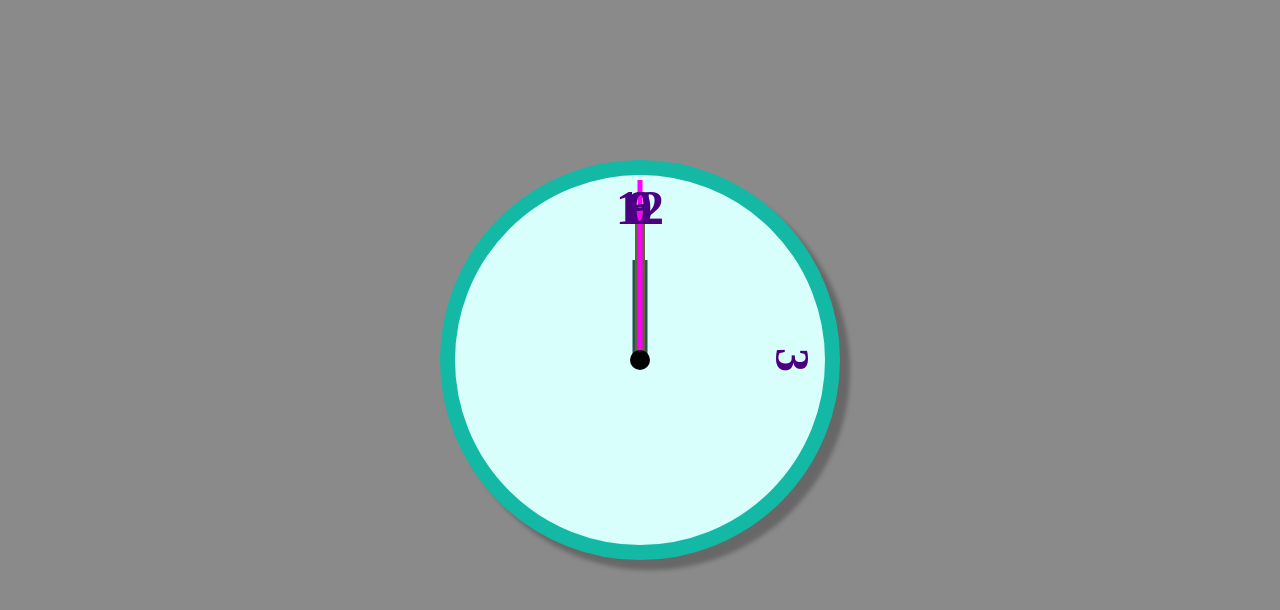
Repository: ChenWarren/web-clock
Page: index.html
An editor plug-in stored every save of this project. The page is shown before and after the next save, followed by the edit.
The browser window is 1280 px wide. The pictures show the whole page.

Above is the page before, as saved 2021-03-18 21:21:59.

### index.html
<!DOCTYPE html>
<html lang="en">
<head>
    <meta charset="UTF-8">
    <meta http-equiv="X-UA-Compatible" content="IE=edge">
    <meta name="viewport" content="width=device-width, initial-scale=1.0">
    <link rel="stylesheet" href="main.css">
    <title>Clock</title>
</head>
<body>
    <main class="clock">
        <div class="hour"></div>
        <div class="minute"></div>
        <div class="second"></div>
        <div class="center_dot"></div>

        <div class="number num_1">
            <h2>12</h2>
        </div>
        <div class="number num_3">
            <h2>3</h2>
        </div>
        <div class="number num_6">
            <h2>6</h2>
        </div>
        <div class="number num_9">
            <h2>9</h2>
        </div>

        <div class="dot"></div>
        <div class="dot"></div>
        <div class="dot"></div>
        <div class="dot"></div>
        <div class="dot"></div>
        <div class="dot"></div>
        <div class="dot"></div>
        <div class="dot"></div>
    </main>

    <script src="clock.js"></script>

</body>
</html>

### main.css
* {
    margin: 0;
    padding: 0;
    box-sizing: border-box;
}

body {
    background-color: rgb(138, 138, 138);
    display: flex;
    justify-content: center;
    align-items: center;
    width: 100vw;
    height: 100vh;
    overflow: hidden;
}

.clock {
    width: 400px;
    height: 400px;
    border-radius: 50%;
    background: #d8fffb;
    border: 15px solid #14B9A5;
    box-sizing: border-box;
    box-shadow: 10px 10px 4px rgba(0, 0, 0, 0.25);
    position: relative;
}

.hour {
    width: 15px;
    height: 100px;
    background-color:  darkslategray;
    position: absolute;
    left: 50%;
    bottom: 50%;
    transform: translate(-50%);
}

.minute {
    width: 10px;
    height: 150px;
    background-color:darkolivegreen;
    position: absolute;
    left: 50%;
    bottom: 50%;
    transform: translate(-50%);
}

.second {
    width: 5px;
    height: 180px;
    background-color: fuchsia;
    position: absolute;
    left: 50%;
    bottom: 50%;
    transform: translate(-50%);
}

.center_dot {
    background-color: #000;
    width: 20px;
    height: 20px;
    border-radius: 50%;
    position: absolute;
    left: 50%;
    bottom: 50%;
    transform: translate(-50%, 50%);
}

.number {
    display: flex;
    height: 370px;
    width: 370px;
    padding-top: 5px;
    justify-content: center;
    color: indigo;
    position: absolute;
    font-size: 2rem;
}

.num_3 {
    transform: rotate(90deg);
}

/* .num_3 h2 {
    transform: rotate(-90deg);
} */

Loaded but not shown: clock.js (no copy from this time; the picture is the same without it)

After the next save:
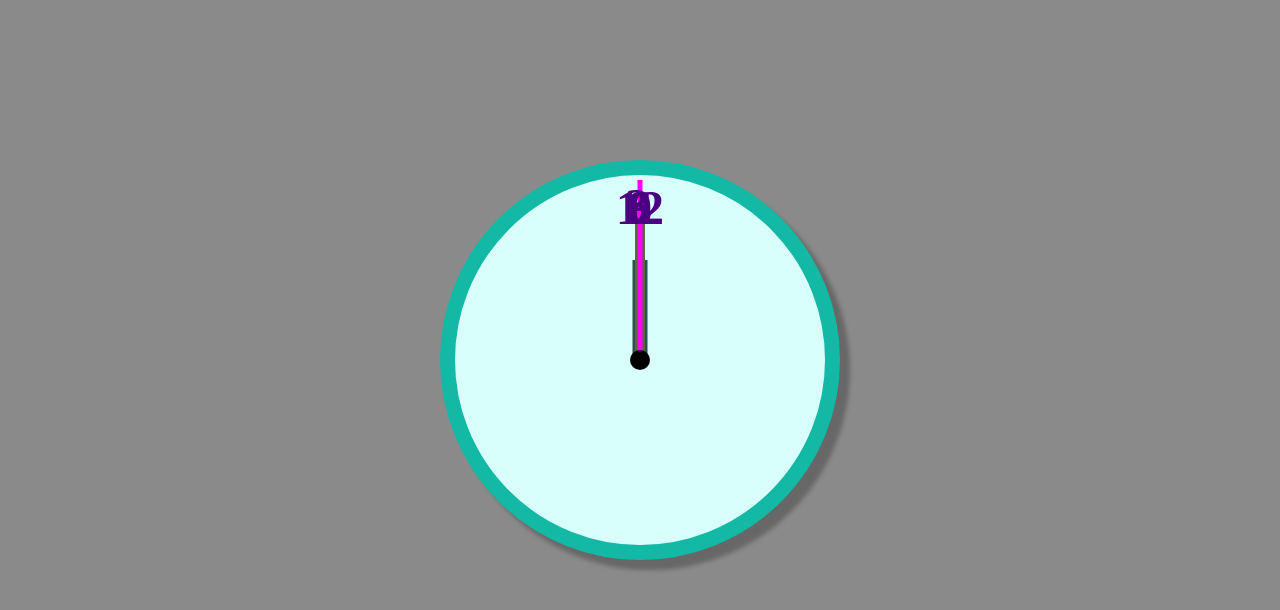
Saved 11 s later.
--- a/main.css
+++ b/main.css
@@ -81,6 +81,6 @@
     transform: rotate(90deg);
 }
 
-/* .num_3 h2 {
+.num_3 h2 {
     transform: rotate(-90deg);
-} */
+}

After the save that followed:
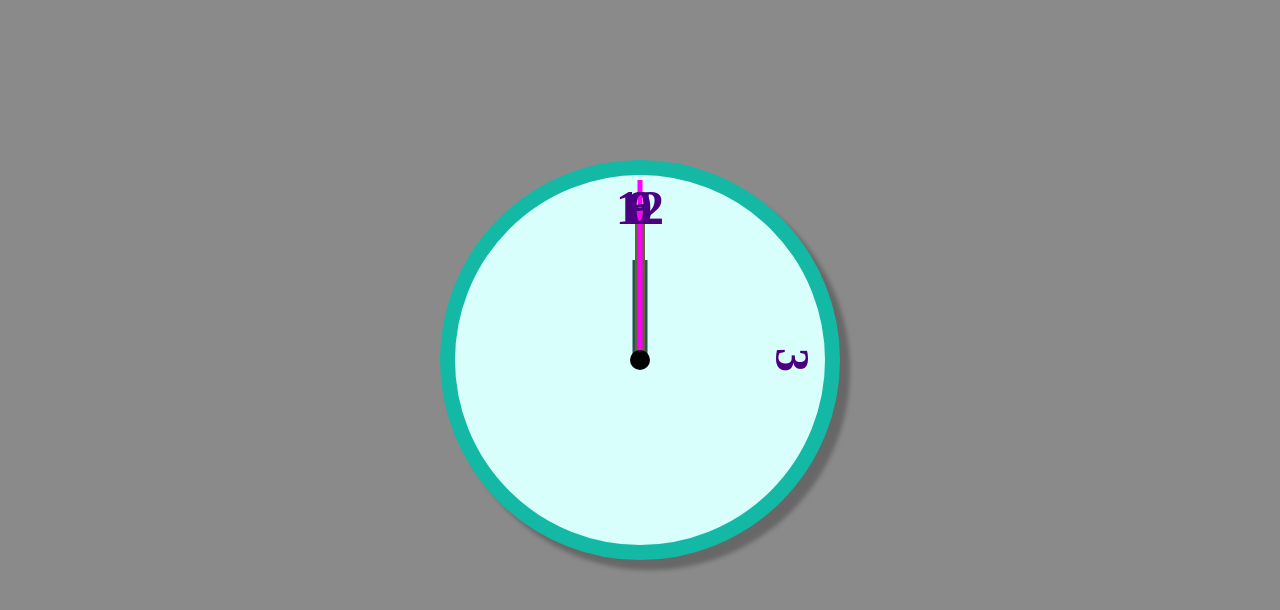
Saved 12 s later.
--- a/main.css
+++ b/main.css
@@ -81,6 +81,6 @@
     transform: rotate(90deg);
 }
 
-.num_3 h2 {
+/* .num_3 h2 {
     transform: rotate(-90deg);
-}
+} */
